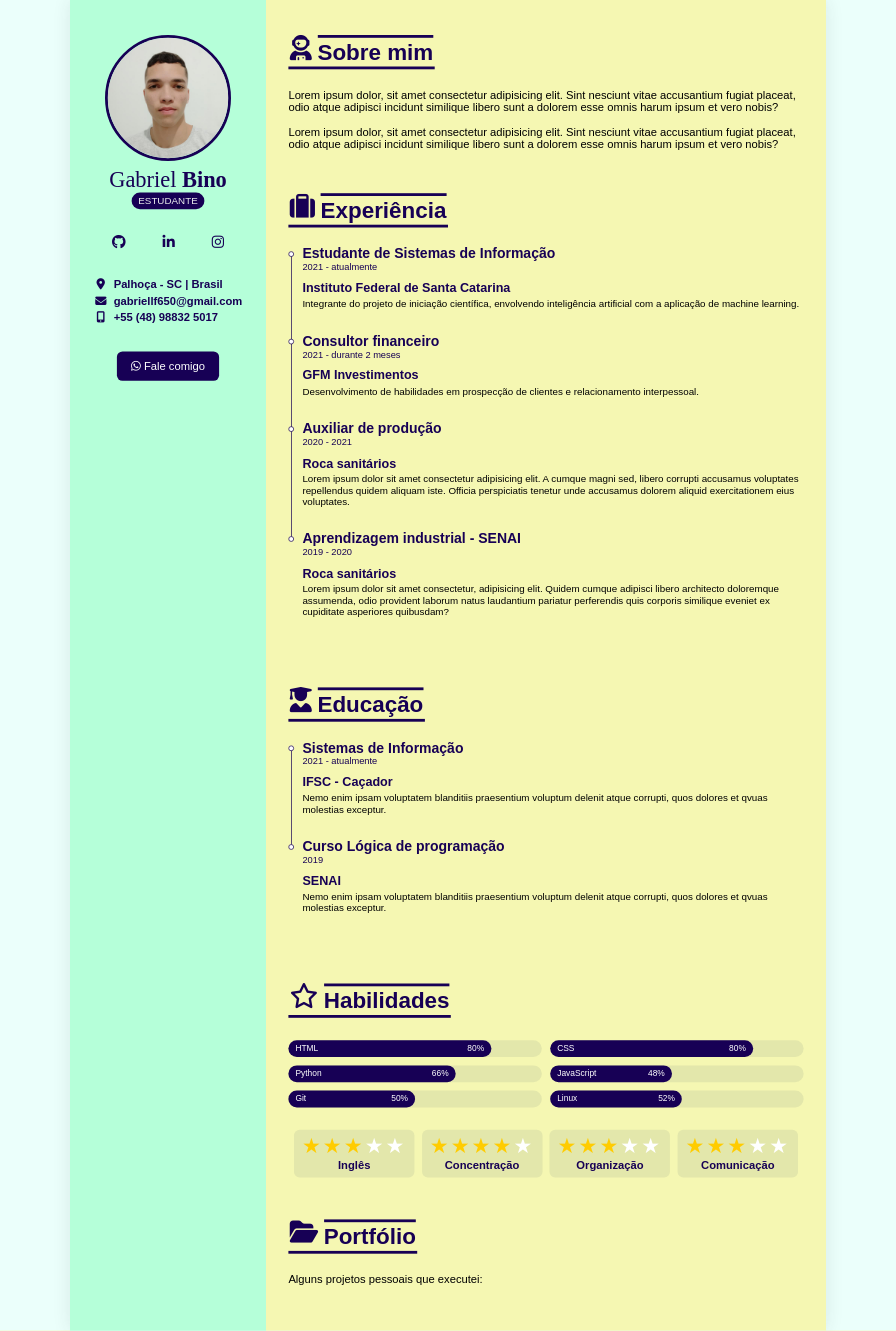
Repository: gabrielbino/projects-dio
Page: curriculoResponsivo/index.html
An editor plug-in stored every save of this project. The page is shown before and after the next save, followed by the edit.
The browser window is 1280 px wide. The pictures show the whole page, at 70% of full size.
Some web libraries are served in a nearby version.

Above is the page before, as saved 2021-10-19 11:41:05.

After the next save:
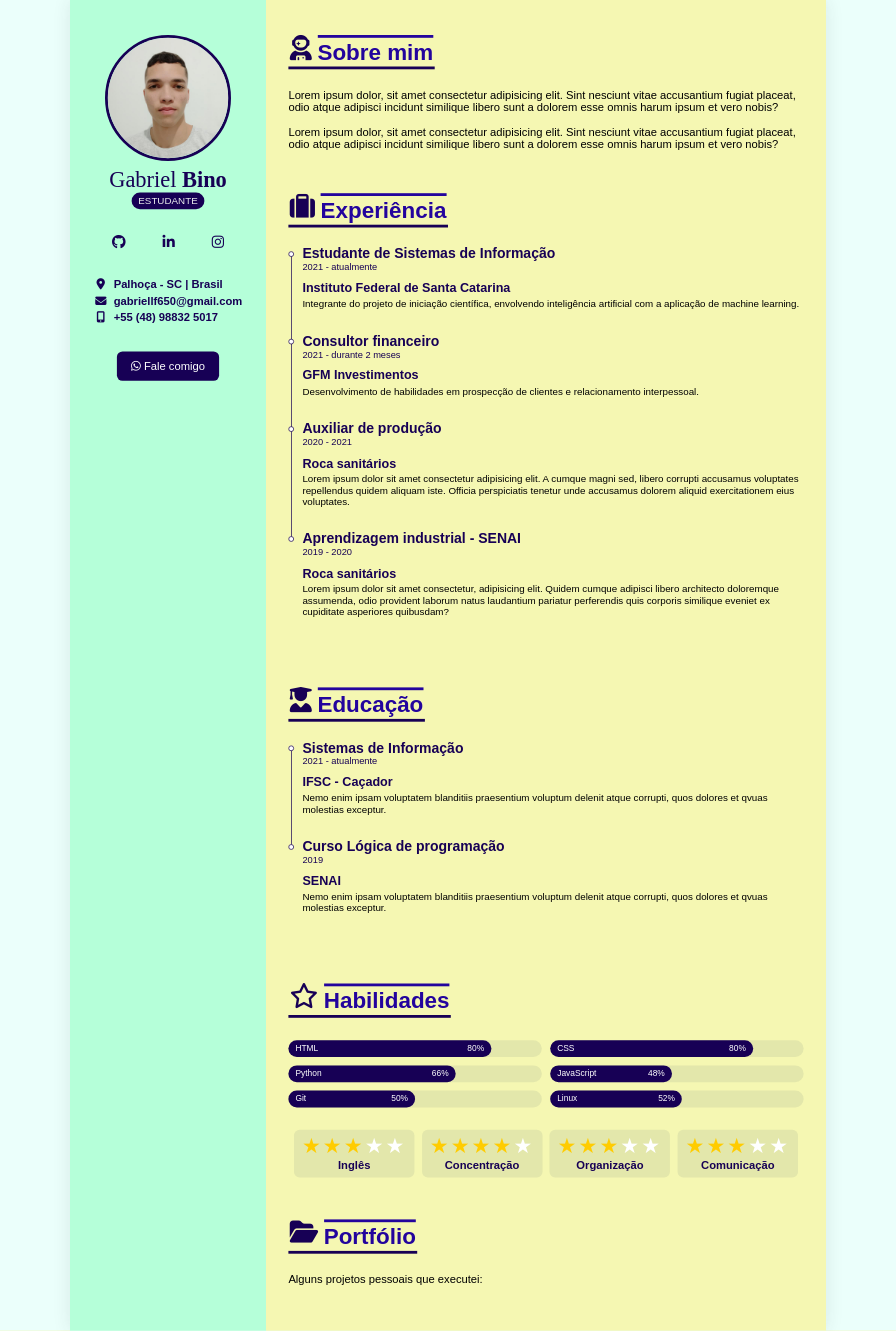
Saved 69 s later.
--- a/curriculoResponsivo/css/style.css
+++ b/curriculoResponsivo/css/style.css
@@ -141,7 +141,7 @@ article:not(:last-of-type) {
 
 .article-title {
   border-top: 4px solid;
-  color: #170055;
+  color: #23049d;
   font-size: 32px;
   font-weight: 800;
   margin: 0 0 2px;
